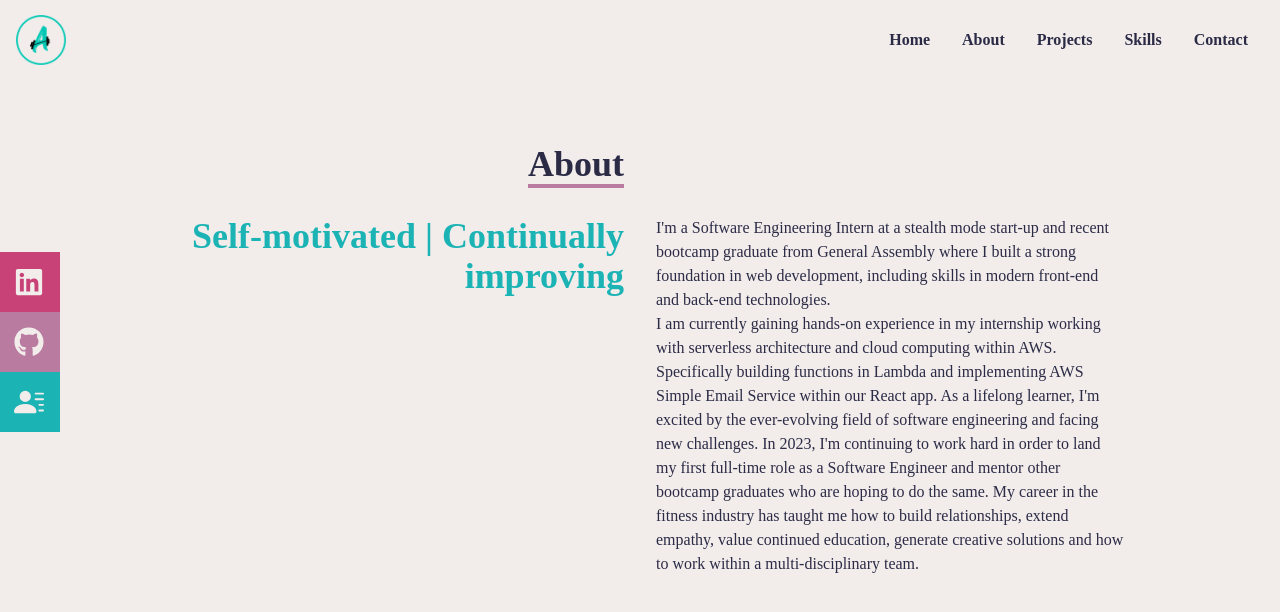
Repository: thecoachanna/Dev-Portfolio
Page: /about
The author's editor kept a copy of each file at every save. The page is drawn from the files as they stood at one save, then again after a run of saves.
The browser window is 1280 px wide. The pictures show the whole page.
The project was rebuilt for these pictures with package versions that can differ from the ones it lists, and the page was loaded fresh each time. Also part of the build but not shown: src/components/Home.jsx, src/components/Projects.jsx, src/components/Skills.jsx, src/components/Contact.jsx.

Above is the page before, as saved 2023-01-31 09:04:21.

After the next 2 saves:
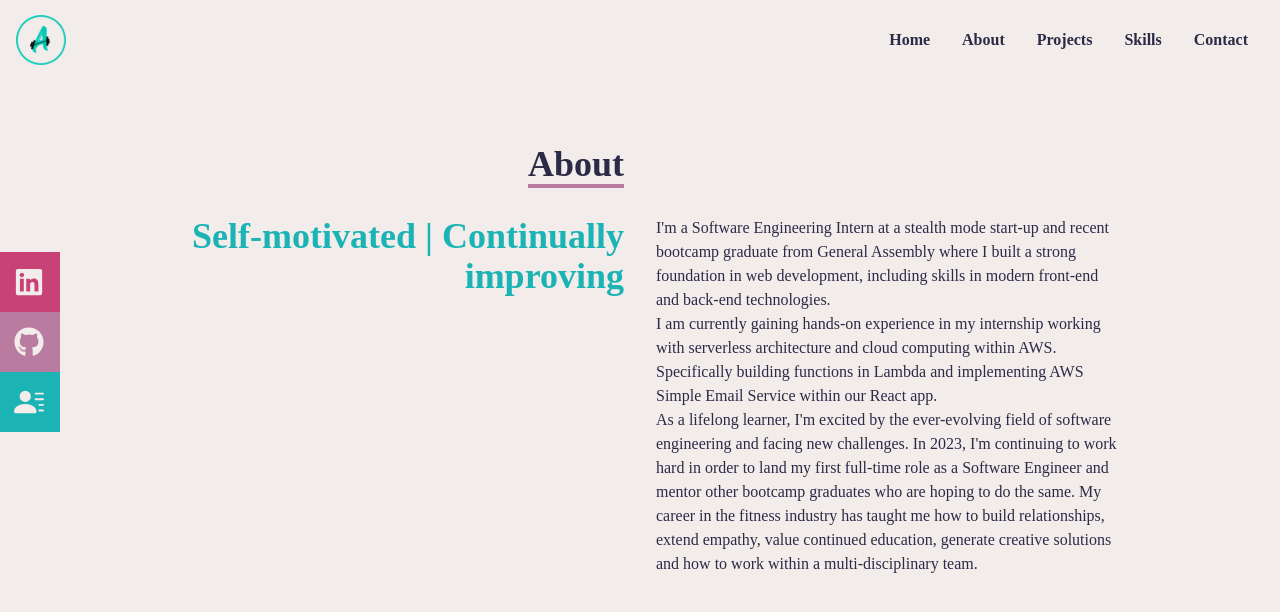
The 2 saves are shown as one change because 1 did not build or start.
The last was saved 16 s later.
--- a/src/components/About.jsx
+++ b/src/components/About.jsx
@@ -18,9 +18,9 @@ const About = () => {
               </div>
               <div>
               <p className='text-[#2b2b46]'>I'm a Software Engineering Intern at a stealth mode start-up and recent bootcamp graduate from General Assembly where I built a strong foundation in web development, including skills in modern front-end and back-end technologies. </p>
-              <p>I am currently gaining hands-on experience in my internship working with serverless architecture and cloud computing within AWS. Specifically building functions in Lambda and implementing AWS Simple Email Service within our React app.
+              <p>I am currently gaining hands-on experience in my internship working with serverless architecture and cloud computing within AWS. Specifically building functions in Lambda and implementing AWS Simple Email Service within our React app.</p>
 
-As a lifelong learner, I'm excited by the ever-evolving field of software engineering and facing new challenges.
+<p>As a lifelong learner, I'm excited by the ever-evolving field of software engineering and facing new challenges.
 
 In 2023, I'm continuing to work hard in order to land my first full-time role as a Software Engineer and mentor other bootcamp graduates who are hoping to do the same. My career in the fitness industry has taught me how to build relationships, extend empathy, value continued education, generate creative solutions and how to work within a multi-disciplinary team.
 
